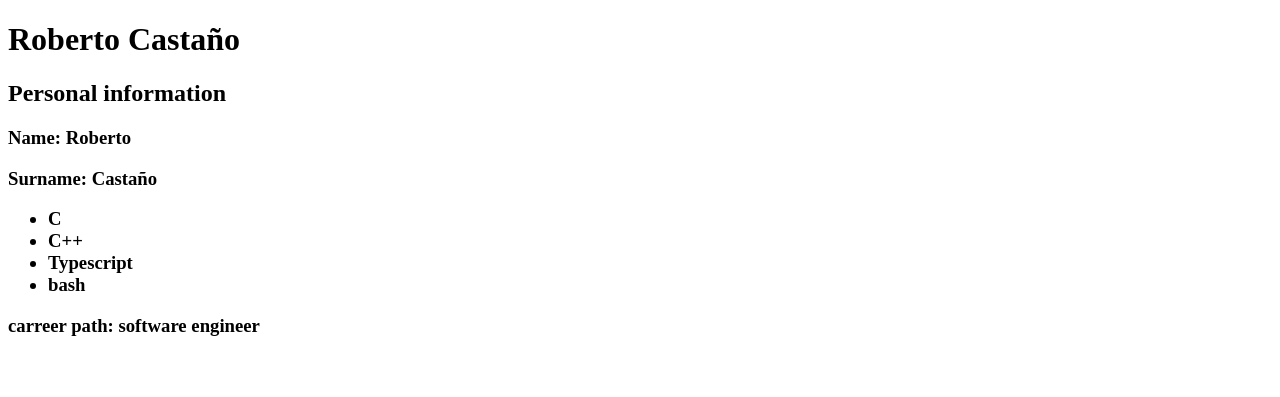
Repository: cronopi/django
Page: Training-Python-Django-0 1/ex01/cv.html
These files come from the project's save history. The page is drawn as it stood at one moment and after the next save; the edit follows.
The browser window is 1280 px wide. The pictures show the whole page.

Above is the page before, as saved 2026-03-10 12:06:26.

### Training-Python-Django-0 1/ex01/cv.html
<!DOCTYPE html>
<html>

<head>
	<title>Curriculum Vitae</title>
</head>

<body>
	<h1>Roberto Castaño</h1>
	<h2>Personal information</h2>
	<h3>
		Name: Roberto
	</h3>
	<h3>
		Surname: Castaño
	</h3>
	<h3>
		<ul>
			<li>C</li>
			<li>C++</li>
			<li>Typescript</li>
			<li>bash</li>

		</ul>
		carreer path: software engineer
</body>

</html>

After the next save:
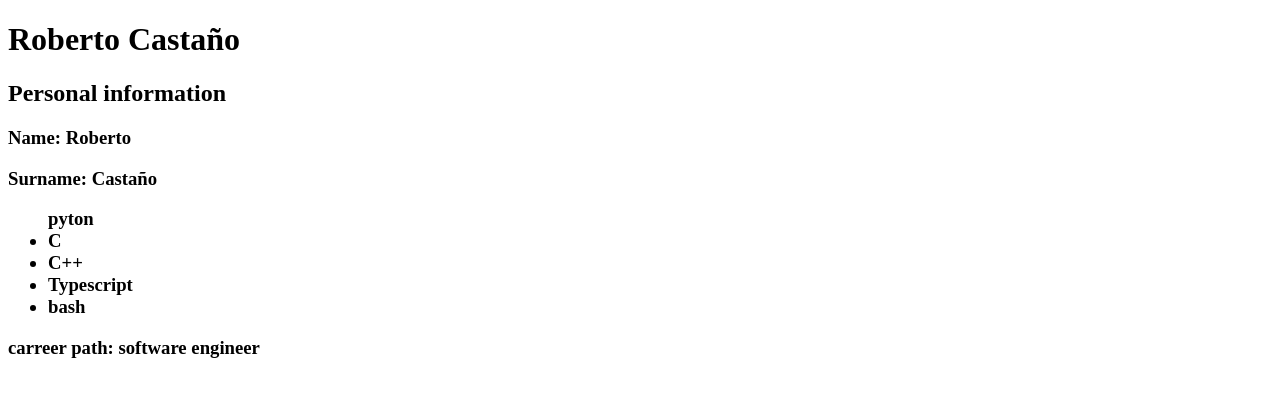
Saved 36 s later.
--- a/Training-Python-Django-0 1/ex01/cv.html
+++ b/Training-Python-Django-0 1/ex01/cv.html
@@ -16,6 +16,7 @@
 	</h3>
 	<h3>
 		<ul>
+			pyton
 			<li>C</li>
 			<li>C++</li>
 			<li>Typescript</li>

After the save that followed:
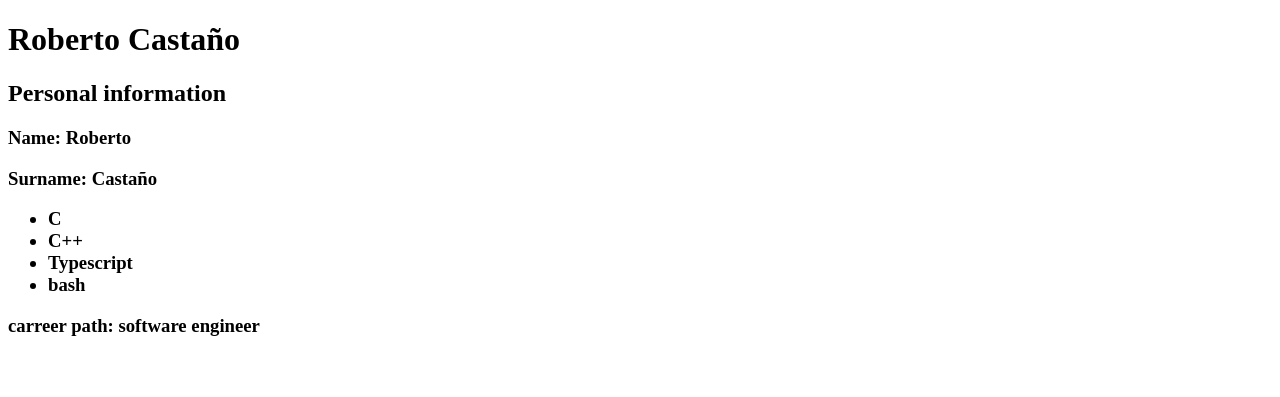
Saved 9 s later.
--- a/Training-Python-Django-0 1/ex01/cv.html
+++ b/Training-Python-Django-0 1/ex01/cv.html
@@ -16,7 +16,6 @@
 	</h3>
 	<h3>
 		<ul>
-			pyton
 			<li>C</li>
 			<li>C++</li>
 			<li>Typescript</li>
